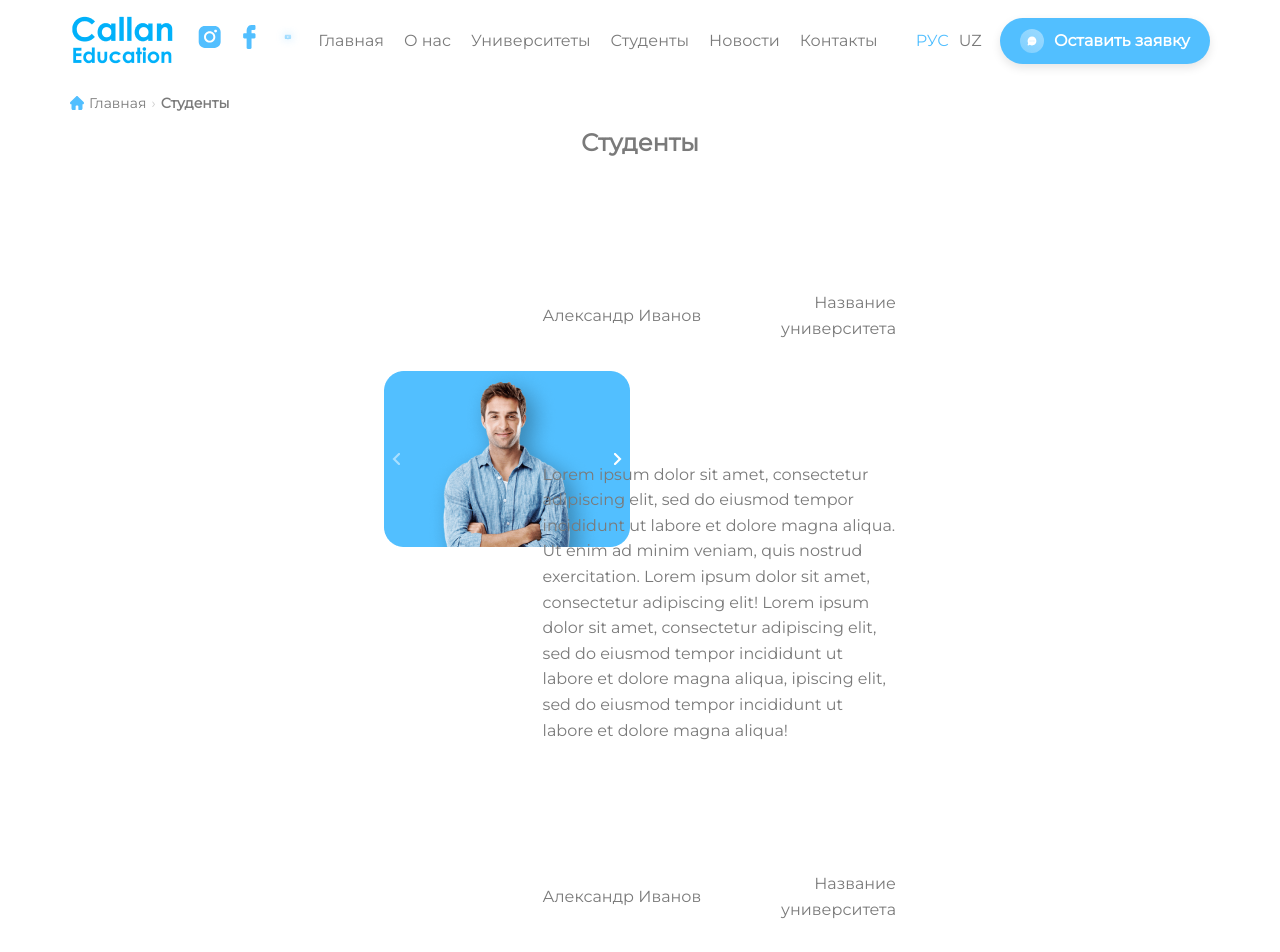
Repository: olyakorzh/Team-project-1
Page: assets/pages/students.html
The author's editor kept a copy of each file at every save. The page is drawn from the files as they stood at one save, then again after a run of saves.
The browser window is 1280 px wide. The pictures show the part of the page from y = 0 to 952 px (the page is 3373 px tall before and 2682 px after).
A picture or video elsewhere on the page could not be fetched, so the positions and the page height are approximate.

Above is the page before, as saved 2024-12-08 11:32:44.

After the next 3 saves:
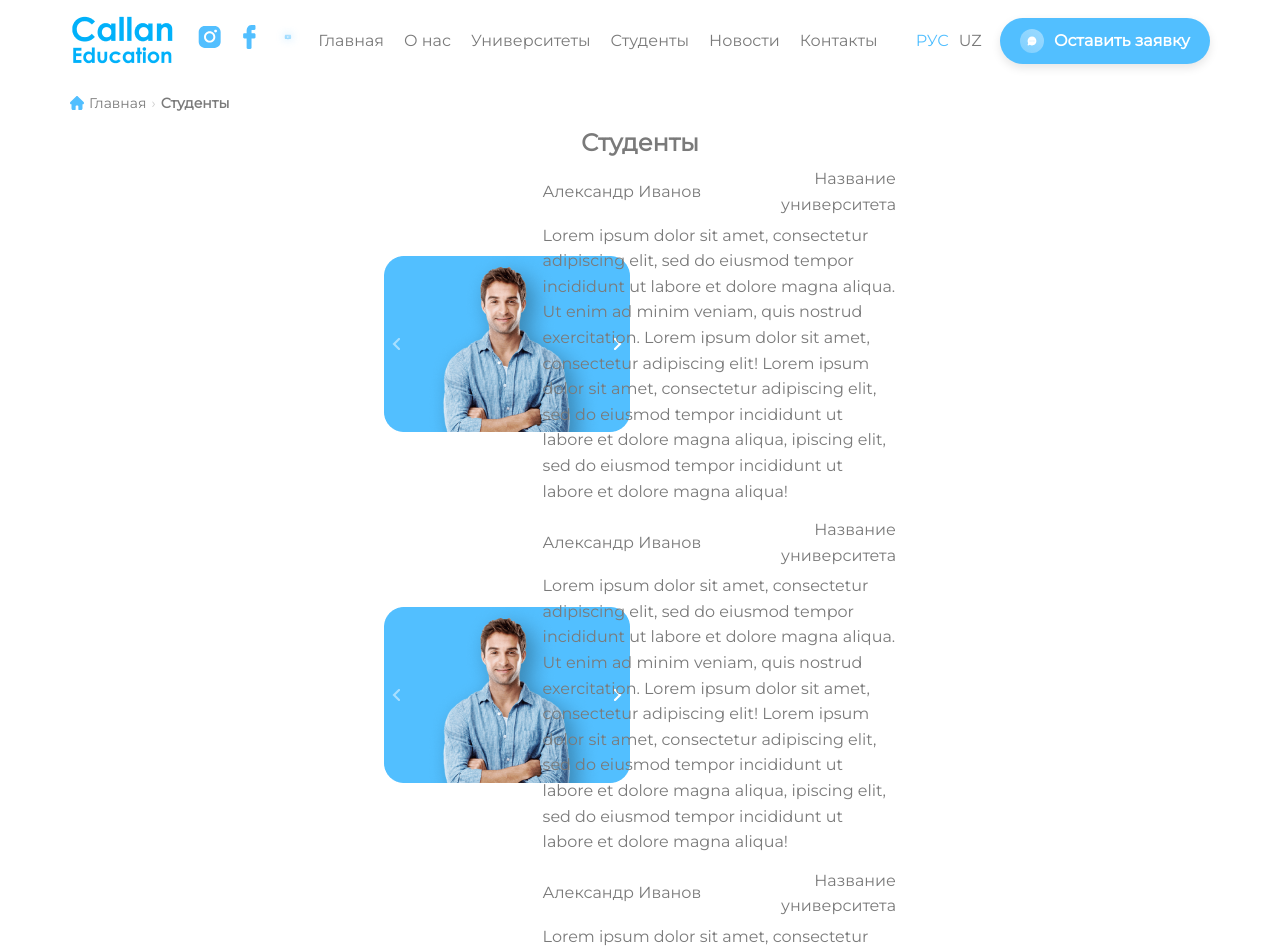
The 3 saves are shown as one change because they came seconds apart.
The last was saved 100 s later.
--- a/assets/styles/students.css
+++ b/assets/styles/students.css
@@ -192,7 +192,7 @@
   .containerstudent{
     display: grid;
     grid-template-columns: 30% 1fr 1fr;
-    grid-template-rows: 1fr 1fr;
+    grid-template-rows: 10% 1fr;
     gap: 5px 5px;
     align-items: center;
     width: 40%;
